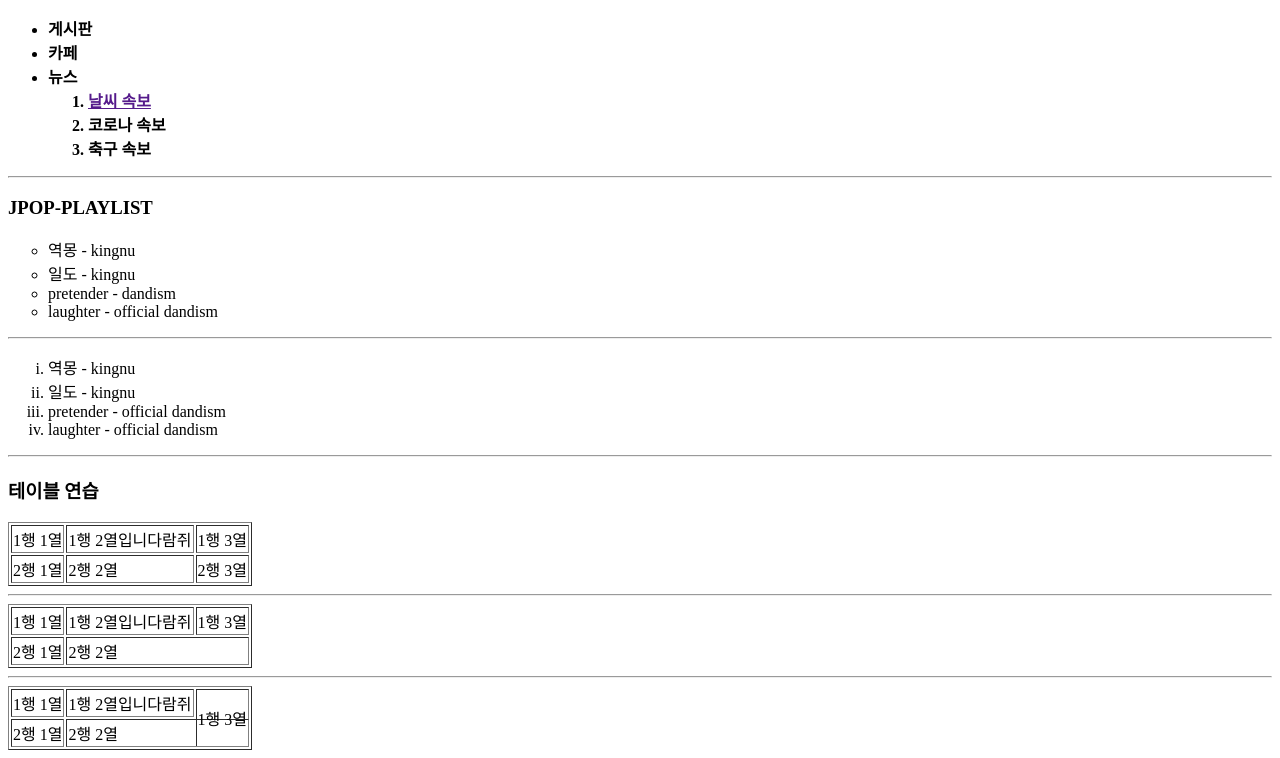
Repository: younseochoi/AI_PLATFORM
Page: my_code/03_web/html/src/main/webapp/list.html
The author's editor kept a copy of each file at every save. The page is drawn from the files as they stood at one save, then again after the next save.
The browser window is 1280 px wide. The pictures show the whole page.

Above is the page before, as saved 2022-07-21 06:55:40.

### my_code/03_web/html/src/main/webapp/list.html
<!DOCTYPE html>
<html>
<head>
<meta charset="UTF-8">
<title>playlist</title>
</head>
<body>
<b>
<ul type="disc">
	<li>게시판</li>
	<li>카페</li>
	<li>뉴스
		<ol>
			<li><a href="">날씨 속보</a></li>
			<li>코로나 속보</li>
			<li>축구 속보</li>
		</ol>
	</li>

</ul>
</b>
<hr>
<h3>JPOP-PLAYLIST</h3>
<ul type="circle">
	<li>역몽 - kingnu</li>
	<li>일도 - kingnu</li>
	<li>pretender - dandism</li>
	<li>laughter - official dandism</li>
</ul>
<hr>
<ol type="i">
	<li>역몽 - kingnu</li>
	<li>일도 - kingnu</li>
	<li>pretender - official dandism</li>
	<li>laughter - official dandism</li>
</ol>
<hr>
<h3>테이블 연습</h3>
<table border="1">
  <tr> <!-- 1헹  -->
  	<td>1행 1열</td>
    <td>1행 2열입니다람쥐</td>
    <td>1행 3열</td>
  </tr>
  <tr> <!-- 2헹  -->
    <td>2행 1열</td>
    <td>2행 2열</td>
    <td>2행 3열</td>
  </tr>
</table>

<hr>

<table border="1">
  <tr> <!-- 1헹  -->
  	<td>1행 1열</td>
    <td>1행 2열입니다람쥐</td>
    <td>1행 3열</td>
  </tr>
  <tr> <!-- 2헹  -->
    <td>2행 1열</td>
    <td colspan="2">2행 2열</td>
  </tr>
</table>

<hr>
<table border="1">
  <tr> <!-- 1헹  -->
  	<td>1행 1열</td>
    <td>1행 2열입니다람쥐</td>
    <td rowspan="2">1행 3열</td>
  </tr>
  <tr> <!-- 2헹  -->
    <td>2행 1열</td>
    <td colspan="2">2행 2열</td>
  </tr>
</table>
</body>
</html>

After the next save:
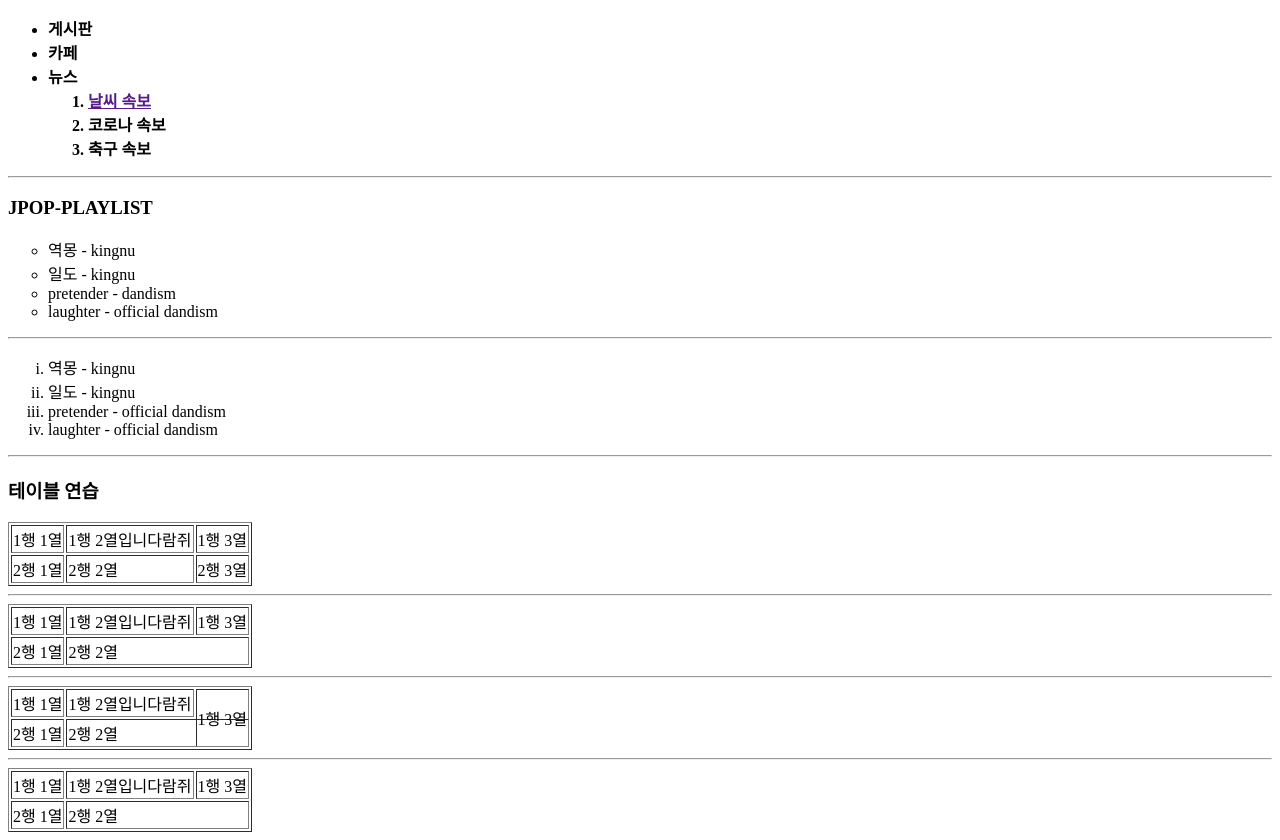
Saved 13 min 28 s later.
--- a/my_code/03_web/html/src/main/webapp/list.html
+++ b/my_code/03_web/html/src/main/webapp/list.html
@@ -75,5 +75,18 @@
     <td colspan="2">2행 2열</td>
   </tr>
 </table>
+<hr>
+<table border="1">
+  <tr> <!-- 1헹  -->
+  	<td>1행 1열</td>
+    <td>1행 2열입니다람쥐</td>
+    <td>1행 3열</td>
+  </tr>
+  <tr> <!-- 2헹  -->
+    <td>2행 1열</td>
+    <td colspan="2">2행 2열</td>
+  </tr>
+</table>
+
 </body>
 </html>
